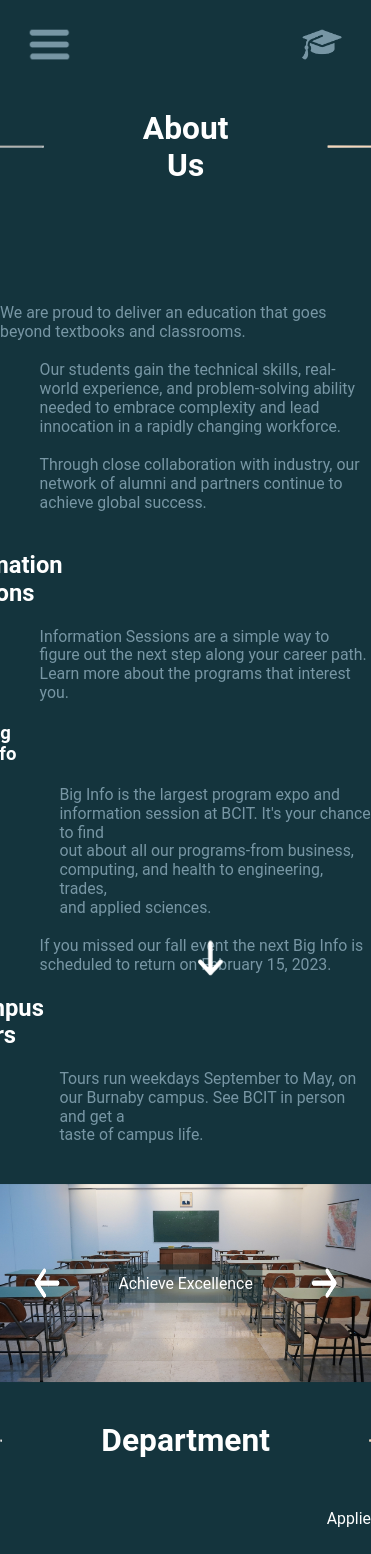
Repository: Sheraliramzan/Aly_A01253508_Assignment1
Page: /about
An editor plug-in stored every save of this project. The page is shown before and after the next save, followed by the edit.
The browser window is 375 px wide. The pictures show the whole page, at 99% of full size.
The project was rebuilt for these pictures with package versions that can differ from the ones it lists, and the page was loaded fresh each time. The framework's server and built-in components were replaced by stand-ins that run in the browser. Also part of the build but not shown: next.config.js.

Above is the page before, as saved 2023-02-05 11:42:07.

After the next save:
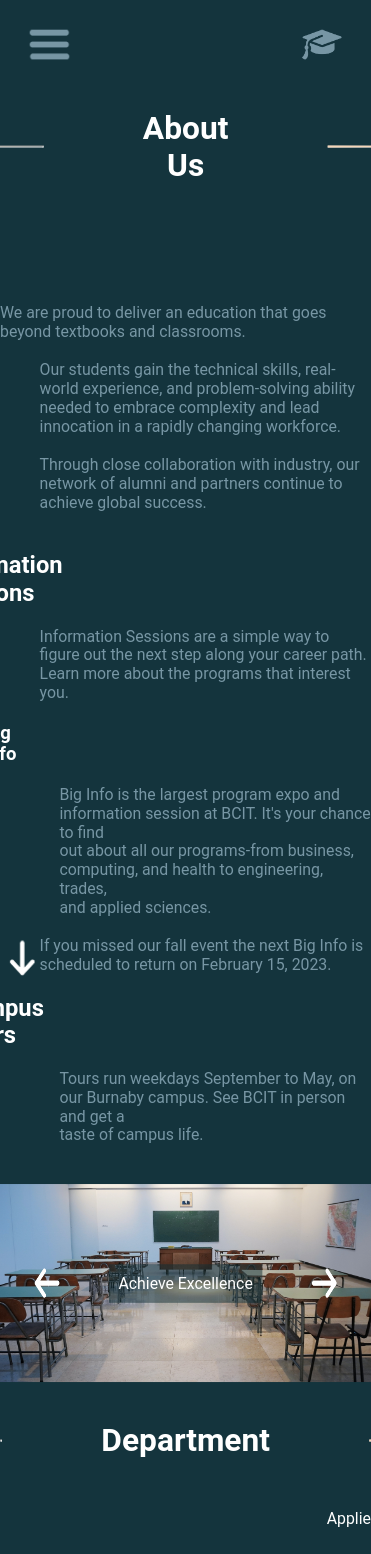
Saved 5 s later.
--- a/styles/globals.css
+++ b/styles/globals.css
@@ -323,6 +323,6 @@ ul > li {
   }
   .downarrow{
     position: fixed;
-    left:200px
-  }
-}
+    left:10px
+  }
+}
